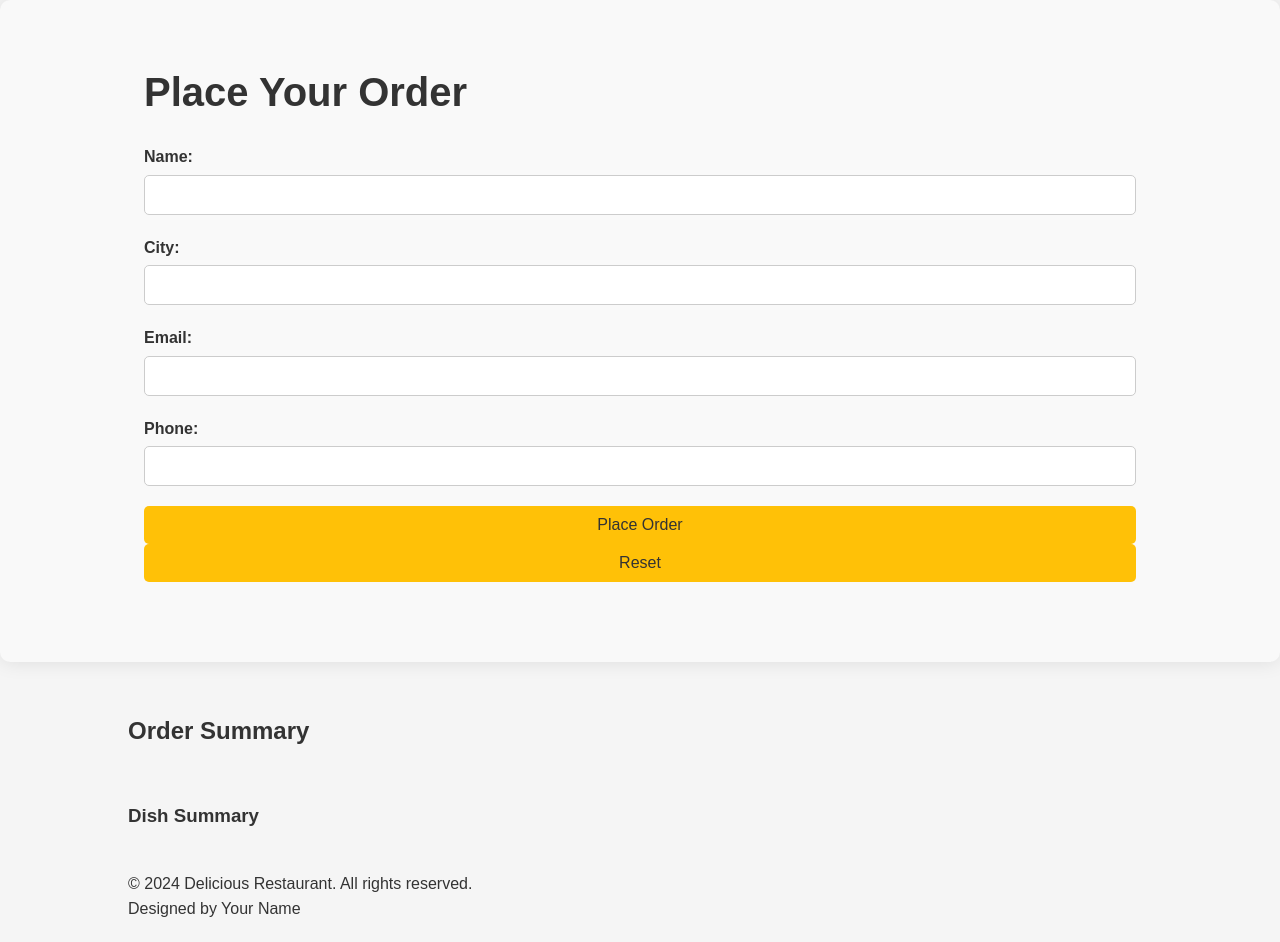
Repository: Mayanksaini1224/eclipse-workspace
Page: Restaurant/src/main/webapp/Menu.html
An editor plug-in stored every save of this project. The page is shown before and after the next save, followed by the edit.
The browser window is 1280 px wide. The pictures show the part of the page from y = 2953 to 3905 px (the page is 3895 px tall before and 3905 px after).
A picture or video elsewhere on the page could not be fetched, so the positions and the page height are approximate.

Above is the page before, as saved 2024-06-28 17:05:25.

### Restaurant/src/main/webapp/Menu.html
<!DOCTYPE html>
<html lang="en">
<head>
    <meta charset="UTF-8">
    <meta name="viewport" content="width=device-width, initial-scale=1.0">
    <title>Menu - Delicious Restaurant</title>
    <style>
        /* Reset and base styles */
        * {
            margin: 0;
            padding: 0;
            box-sizing: border-box;
        }

        body {
            font-family: Arial, sans-serif;
            line-height: 1.6;
            background-color: #f5f5f5;
            margin: 0;
            padding: 0;
            color: #333; /* Default text color */
        }

        .container {
            width: 80%;
            margin: 0 auto;
            padding: 20px 0;
        }

        header {
            background-color: #333;
            color: #fff;
            padding: 10px 0;
        }

        header .logo img {
            width: 150px;
            height: auto;
            display: block;
            margin: 0 auto;
        }

        header nav ul {
            list-style-type: none;
            text-align: center;
            margin-top: 10px;
        }

        header nav ul li {
            display: inline-block;
            margin: 0 10px;
        }

        header nav ul li a {
            text-decoration: none;
            color: #fff;
            font-size: 18px;
            transition: color 0.3s ease;
        }

        header nav ul li a:hover {
            color: #ffc107;
        }

        .menu-section {
            background-color: #fff;
            padding: 50px 0;
            text-align: center;
            margin-bottom: 30px;
            box-shadow: 0 0 20px rgba(0, 0, 0, 0.1);
            border-radius: 10px;
        }

        .menu-section h2 {
            font-size: 2.5em;
            margin-bottom: 30px;
            text-transform: uppercase;
            letter-spacing: 1px;
            color: #333;
        }

        .menu-items {
            display: flex;
            justify-content: space-around;
            flex-wrap: wrap;
        }

        .menu-item {
            text-align: center;
            width: 30%;
            margin-bottom: 30px;
            padding: 0 10px;
            border: 1px solid #ddd;
            border-radius: 10px;
            box-shadow: 0 2px 4px rgba(0,0,0,0.1);
            transition: transform 0.3s ease, box-shadow 0.3s ease;
        }

        .menu-item img {
            width: 100%;
            border-top-left-radius: 10px;
            border-top-right-radius: 10px;
        }

        .menu-item-content {
            padding: 15px;
        }

        .menu-item h3 {
            font-size: 1.8em;
            margin-bottom: 10px;
            color: #333;
        }

        .menu-item p {
            font-size: 1.1em;
            color: #666;
        }

        .menu-item:hover {
            transform: translateY(-5px);
            box-shadow: 0 4px 8px rgba(0,0,0,0.2);
        }

        .order-form {
            background-color: #f9f9f9;
            padding: 40px 20px;
            border-radius: 10px;
            box-shadow: 0 0 20px rgba(0, 0, 0, 0.1);
            margin-bottom: 30px;
        }

        .order-form h2 {
            font-size: 2.5em;
            margin-bottom: 20px;
            color: #333;
        }

        .form-group {
            margin-bottom: 20px;
        }

        .form-group label {
            display: block;
            font-weight: bold;
            margin-bottom: 5px;
        }

        .form-group input,
        .form-group select {
            width: 100%;
            padding: 10px;
            font-size: 1em;
            border: 1px solid #ccc;
            border-radius: 5px;
            transition: border-color 0.3s ease;
        }

        .form-group input[type="number"] {
            appearance: none;
            -moz-appearance: textfield;
            text-align: center;
            padding: 8px;
            border: 1px solid #ccc;
            border-radius: 5px;
            width: 60px;
            font-size: 1em;
            transition: border-color 0.3s ease;
        }

        .form-group input[type="number"]::-webkit-outer-spin-button,
        .form-group input[type="number"]::-webkit-inner-spin-button {
            -webkit-appearance: none;
            margin: 0;
        }

        .form-group input:focus,
        .form-group select:focus {
            outline: none;
            border-color: #ffc107;
        }

        .form-group input[type="submit"],
        .form-group input[type="reset"] {
            background-color: #ffc107;
            color: #333;
            border: none;
            cursor: pointer;
            transition: background-color 0.3s ease;
            padding: 10px 20px;
            border-radius: 5px;
            margin-right: 10px;
        }

        .form-group input[type="submit"]:hover,
        .form-group input[type="reset"]:hover {
            background-color: #ffdb70;
        }

        .order-summary {
            margin-top: 30px;
            text-align: left;
        }

        .order-summary h3 {
            font-size: 1.5em;
            margin-bottom: 10px;
            color: #333;
        }

        .order-summary ul {
            list-style-type: none;
            padding: 0;
        }

        .order-summary li {
            font-size: 1.1em;
            margin-bottom: 5px;
        }

        @media (max-width: 768px) {
            .container {
                width: 90%;
            }

            .menu-item {
                width: 100%;
            }
        }
    </style>
    <link rel="stylesheet" href="https://cdnjs.cloudflare.com/ajax/libs/font-awesome/5.15.4/css/all.min.css"> <!-- Font Awesome for icons -->
</head>
<body>
    <header>
        <div class="container">
            <div class="logo">
                <img src="logo.png" alt="Delicious Restaurant">
            </div>
            <nav>
                <ul>
                    <li><a href="index.html">Home</a></li>
                    <li><a href="menu.html">Menu</a></li>
                    <li><a href="about.html">About Us</a></li>
                    <li><a href="contact.html">Contact</a></li>
                </ul>
            </nav>
        </div>
    </header>

    <section class="menu-section" id="chinese">
        <div class="container">
            <h2>Chinese Cuisine</h2>
            <div class="menu-items">
                <div class="menu-item" data-dish="Chinese Dish 1">
                    <img src="chinese-dish1.jpg" alt="Chinese Dish 1">
                    <div class="menu-item-content">
                        <h3>Chinese Dish 1</h3>
                        <p>Description of the Chinese dish. Lorem ipsum dolor sit amet.</p>
                        <div class="quantity">
                            <button class="quantity-btn minus" onclick="decrementQuantity('quantity_chinese1')">-</button>
                            <input type="number" id="quantity_chinese1" name="quantity_chinese1" min="0" value="0">
                            <button class="quantity-btn plus" onclick="incrementQuantity('quantity_chinese1')">+</button>
                        </div>
                    </div>
                </div>
                <div class="menu-item" data-dish="Chinese Dish 2">
                    <img src="chinese-dish2.jpg" alt="Chinese Dish 2">
                    <div class="menu-item-content">
                        <h3>Chinese Dish 2</h3>
                        <p>Description of the Chinese dish. Lorem ipsum dolor sit amet.</p>
                        <div class="quantity">
                            <button class="quantity-btn minus" onclick="decrementQuantity('quantity_chinese2')">-</button>
                            <input type="number" id="quantity_chinese2" name="quantity_chinese2" min="0" value="0">
                            <button class="quantity-btn plus" onclick="incrementQuantity('quantity_chinese2')">+</button>
                        </div>
                    </div>
                </div>
                <!-- Add more Chinese dishes as needed -->
            </div>
        </div>
    </section>

    <section class="menu-section" id="italian">
        <div class="container">
            <h2>Italian Cuisine</h2>
            <div class="menu-items">
                <div class="menu-item" data-dish="Italian Dish 1">
                    <img src="italian-dish1.jpg" alt="Italian Dish 1">
                    <div class="menu-item-content">
                        <h3>Italian Dish 1</h3>
                        <p>Description of the Italian dish. Lorem ipsum dolor sit amet.</p>
                        <div class="quantity">
                            <button class="quantity-btn minus" onclick="decrementQuantity('quantity_italian1')">-</button>
                            <input type="number" id="quantity_italian1" name="quantity_italian1" min="0" value="0">
                            <button class="quantity-btn plus" onclick="incrementQuantity('quantity_italian1')">+</button>
                        </div>
                    </div>
                </div>
                <div class="menu-item" data-dish="Italian Dish 2">
                    <img src="italian-dish2.jpg" alt="Italian Dish 2">
                    <div class="menu-item-content">
                        <h3>Italian Dish 2</h3>
                        <p>Description of the Italian dish. Lorem ipsum dolor sit amet.</p>
                        <div class="quantity">
                            <button class="quantity-btn minus" onclick="decrementQuantity('quantity_italian2')">-</button>
                            <input type="number" id="quantity_italian2" name="quantity_italian2" min="0" value="0">
                            <button class="quantity-btn plus" onclick="incrementQuantity('quantity_italian2')">+</button>
                        </div>
                    </div>
                </div>
                <!-- Add more Italian dishes as needed -->
            </div>
        </div>
    </section>

    <section class="menu-section" id="beverages">
        <div class="container">
            <h2>Beverages</h2>
            <div class="menu-items">
                <div class="menu-item" data-dish="Beverage 1">
                    <img src="beverage1.jpg" alt="Beverage 1">
                    <div class="menu-item-content">
                        <h3>Beverage 1</h3>
                        <p>Description of the beverage. Lorem ipsum dolor sit amet.</p>
                        <div class="quantity">
                            <button class="quantity-btn minus" onclick="decrementQuantity('quantity_beverage1')">-</button>
                            <input type="number" id="quantity_beverage1" name="quantity_beverage1" min="0" value="0">
                            <button class="quantity-btn plus" onclick="incrementQuantity('quantity_beverage1')">+</button>
                        </div>
                    </div>
                </div>
                <div class="menu-item" data-dish="Beverage 2">
                    <img src="beverage2.jpg" alt="Beverage 2">
                    <div class="menu-item-content">
                        <h3>Beverage 2</h3>
                        <p>Description of the beverage. Lorem ipsum dolor sit amet.</p>
                        <div class="quantity">
                            <button class="quantity-btn minus" onclick="decrementQuantity('quantity_beverage2')">-</button>
                            <input type="number" id="quantity_beverage2" name="quantity_beverage2" min="0" value="0">
                            <button class="quantity-btn plus" onclick="incrementQuantity('quantity_beverage2')">+</button>
                        </div>
                    </div>
                </div>
                <!-- Add more beverages as needed -->
            </div>
        </div>
    </section>

    <section class="menu-section" id="bakery">
        <div class="container">
            <h2>Bakery</h2>
            <div class="menu-items">
                <div class="menu-item" data-dish="Bakery Item 1">
                    <img src="bakery-item1.jpg" alt="Bakery Item 1">
                    <div class="menu-item-content">
                        <h3>Bakery Item 1</h3>
                        <p>Description of the bakery item. Lorem ipsum dolor sit amet.</p>
                        <div class="quantity">
                            <button class="quantity-btn minus" onclick="decrementQuantity('quantity_bakery1')">-</button>
                            <input type="number" id="quantity_bakery1" name="quantity_bakery1" min="0" value="0">
                            <button class="quantity-btn plus" onclick="incrementQuantity('quantity_bakery1')">+</button>
                        </div>
                    </div>
                </div>
                <div class="menu-item" data-dish="Bakery Item 2">
                    <img src="bakery-item2.jpg" alt="Bakery Item 2">
                    <div class="menu-item-content">
                        <h3>Bakery Item 2</h3>
                        <p>Description of the bakery item. Lorem ipsum dolor sit amet.</p>
                        <div class="quantity">
                            <button class="quantity-btn minus" onclick="decrementQuantity('quantity_bakery2')">-</button>
                            <input type="number" id="quantity_bakery2" name="quantity_bakery2" min="0" value="0">
                            <button class="quantity-btn plus" onclick="incrementQuantity('quantity_bakery2')">+</button>
                        </div>
                    </div>
                </div>
                <!-- Add more bakery items as needed -->
            </div>
        </div>
    </section>

    <section class="order-form">
        <div class="container">
            <h2>Place Your Order</h2>
            <form id="orderForm">
                <div class="form-group">
                    <label for="name">Name:</label>
                    <input type="text" id="name" name="name" required>
                </div>
                <div class="form-group">
                    <label for="city">City:</label>
                    <input type="text" id="city" name="city" required>
                </div>
                <div class="form-group">
                    <label for="email">Email:</label>
                    <input type="email" id="email" name="email">
                </div>
                <div class="form-group">
                    <label for="phone">Phone:</label>
                    <input type="tel" id="phone" name="phone">
                </div>

                <div class="form-group">
                    <input type="submit" value="Place Order">
                    <input type="reset" value="Reset">
                </div>
            </form>
        </div>
    </section>

    <section class="order-summary">
        <div class="container">
            <h3>Order Summary</h3>
            <ul id="orderSummary">
                <!-- Order summary items will be dynamically added here -->
            </ul>
        </div>
    </section>

    <section class="dish-summary">
        <div class="container">
            <h3>Dish Summary</h3>
            <div id="dishSummary"></div>
        </div>
    </section>

    <footer>
        <div class="container">
            <p>&copy; 2024 Delicious Restaurant. All rights reserved.</p>
            <p>Designed by Your Name</p>
        </div>
    </footer>

    <script>
        document.addEventListener('DOMContentLoaded', function() {
            const form = document.getElementById('orderForm');
            const orderSummary = document.getElementById('orderSummary');
            const dishSummary = document.getElementById('dishSummary');

            form.addEventListener('submit', function(event) {
                event.preventDefault(); // Prevent form submission for demo purposes

                // Clear previous order summary and dish summary
                orderSummary.innerHTML = '';
                dishSummary.innerHTML = '';

                // Get customer details
                const name = document.getElementById('name').value;
                const city = document.getElementById('city').value;
                const email = document.getElementById('email').value;
                const phone = document.getElementById('phone').value;

                // Display customer details
                orderSummary.innerHTML += `<li><strong>Name:</strong> ${name}</li>`;
                orderSummary.innerHTML += `<li><strong>City:</strong> ${city}</li>`;
                if (email) {
                    orderSummary.innerHTML += `<li><strong>Email:</strong> ${email}</li>`;
                }
                if (phone) {
                    orderSummary.innerHTML += `<li><strong>Phone:</strong> ${phone}</li>`;
                }

                // Initialize dish summary array
                const dishSummaryArray = [];

                // Get selected dishes and quantities
                const dishes = document.querySelectorAll('.menu-item');
                dishes.forEach(dish => {
                    const dishName = dish.getAttribute('data-dish');
                    const quantityInput = dish.querySelector('input[type="number"]');
                    const quantity = parseInt(quantityInput.value);

                    if (quantity > 0) {
                        orderSummary.innerHTML += `<li><strong>${dishName}:</strong> ${quantity}</li>`;
                        dishSummaryArray.push(`${quantity} ${dishName}`);
                    }
                });

                // Display dish summary
                dishSummary.innerHTML = dishSummaryArray.join(', ');

                // Optionally, submit the form to a server
                // form.submit(); // Uncomment to enable form submission
            });
        });

        function incrementQuantity(inputId) {
            const input = document.getElementById(inputId);
            input.value = parseInt(input.value) + 1;
        }

        function decrementQuantity(inputId) {
            const input = document.getElementById(inputId);
            const value = parseInt(input.value) - 1;
            input.value = Math.max(0, value); // Ensure quantity doesn't go below zero
        }
    </script>
</body>
</html>

After the next save:
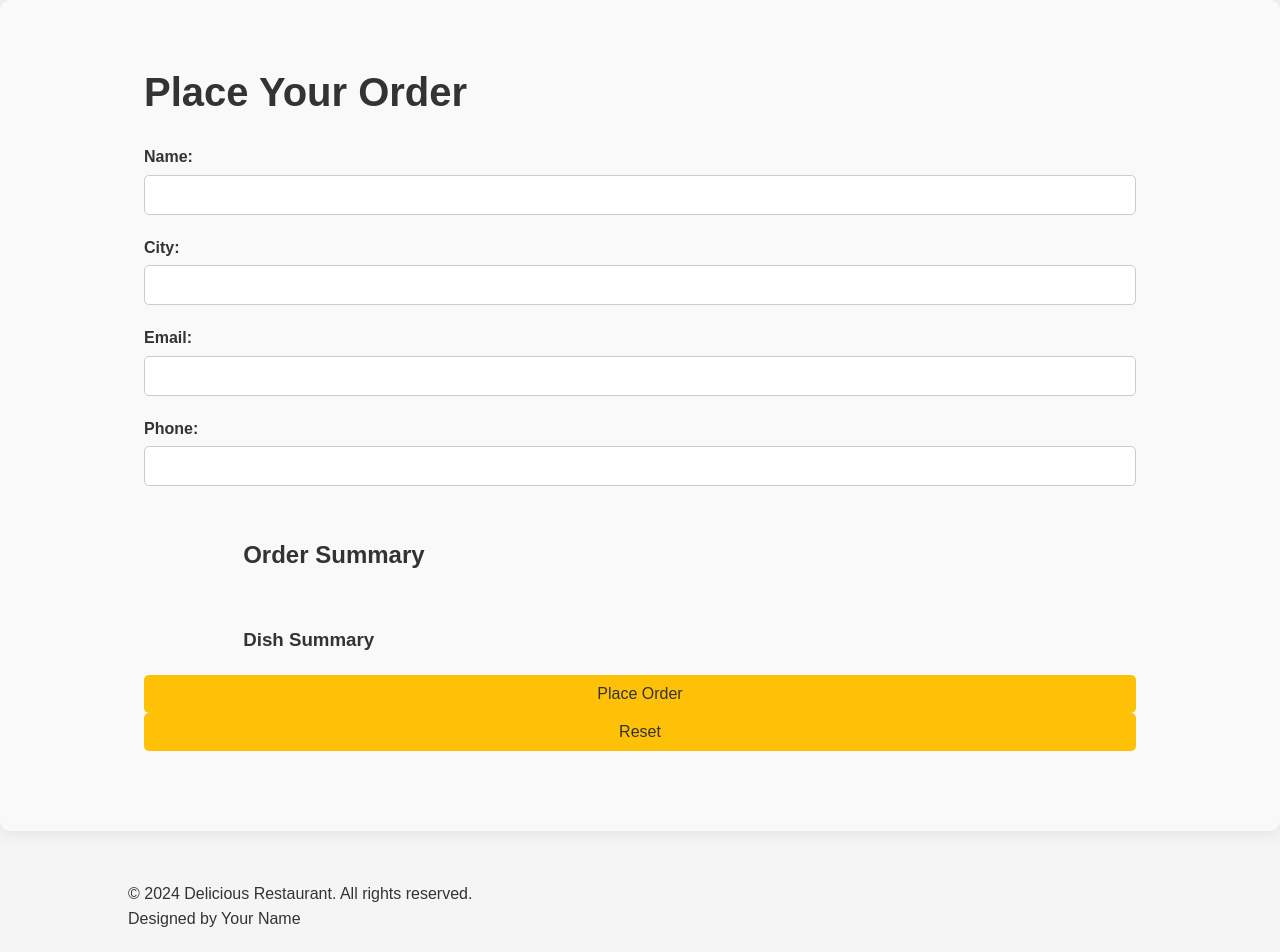
Saved 2 min 42 s later.
--- a/Restaurant/src/main/webapp/Menu.html
+++ b/Restaurant/src/main/webapp/Menu.html
@@ -399,16 +399,7 @@
                     <label for="phone">Phone:</label>
                     <input type="tel" id="phone" name="phone">
                 </div>
-
-                <div class="form-group">
-                    <input type="submit" value="Place Order">
-                    <input type="reset" value="Reset">
-                </div>
-            </form>
-        </div>
-    </section>
-
-    <section class="order-summary">
+                 <section class="order-summary">
         <div class="container">
             <h3>Order Summary</h3>
             <ul id="orderSummary">
@@ -423,6 +414,16 @@
             <div id="dishSummary"></div>
         </div>
     </section>
+
+                <div class="form-group">
+                    <input type="submit" value="Place Order">
+                    <input type="reset" value="Reset">
+                </div>
+            </form>
+        </div>
+    </section>
+
+
 
     <footer>
         <div class="container">
